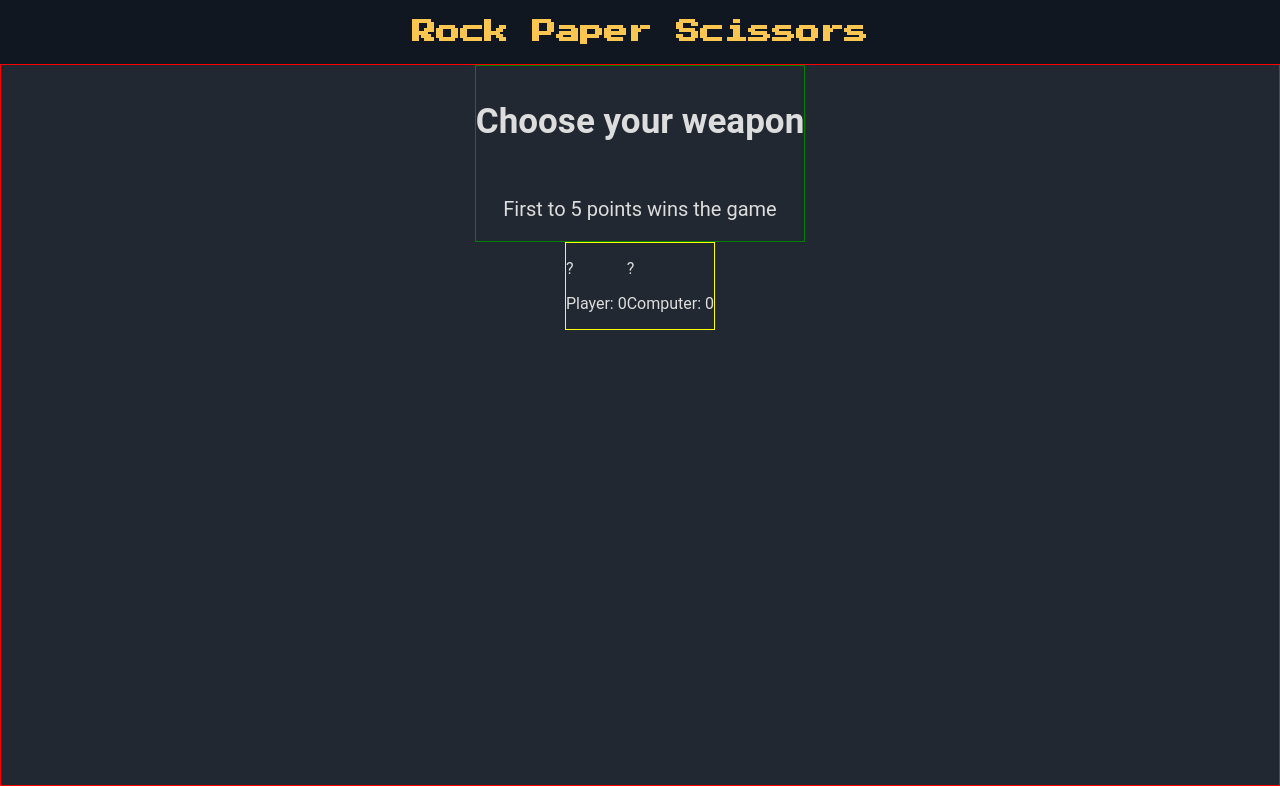
Repository: Aaryan-Poria/Rock-Paper-Scissors
Page: index.html
These files come from the project's save history. The page is drawn as it stood at one moment and after the next save; the edit follows.
The browser window is 1280 px wide. The pictures show the whole page.

Above is the page before, as saved 2023-08-21 23:44:21.

### index.html
<!DOCTYPE html>
<html lang="en">
  <head>
    <meta charset="UTF-8" />
    <meta name="viewport" content="width=device-width, initial-scale=1.0" />
    <title>Rock Paper Scissors</title>
    <link rel="preconnect" href="https://fonts.googleapis.com" />
    <link rel="preconnect" href="https://fonts.gstatic.com" crossorigin />
    <link
      href="https://fonts.googleapis.com/css2?family=Press+Start+2P&display=swap"
      rel="stylesheet"
    />
    <link rel="stylesheet" href="style.css" />
  </head>

  <body>
    <section class="head">
      <h2>Rock Paper Scissors</h2>
    </section>
    <section class="main">
      <div class="main-text">
        <h3>Choose your weapon</h3>
        <p>First to 5 points wins the game</p>
      </div>
      <div class="text-content">
        <div class="info player">
          <p class="qmark 1">?</p>
          <p class="score 1">Player: 0</p>
        </div>
        <div class="info comp">
          <p class="qmark 2">?</p>
          <p class="score 2">Computer: 0</p>
        </div>
      </div>
    </section>
  </body>
</html>

### style.css
body {
  margin: 0;
  padding: 0;
  display: flex;
  flex-direction: column;
  min-height: 100%;
  min-width: 100%;
}
.head {
  display: flex;
  justify-content: center;
  align-items: center;
  color: #fac650;
  background-color: #111720;
  font-family: "Press Start 2P", cursive;
}
.main {
  display: flex;
  flex-grow: 1;
  height: 100vh;
  flex-direction: column;
  background-color: #222831;
  color: #dddddd;
  font-family: "Roboto", sans-serif;
  align-items: center;
  border: 1px solid red;
}

.main-text {
  border: 1px solid green;
  display: flex;
  flex-direction: column;
  justify-content: center;
  align-items: center;
}
.main-text > h3 {
  font-size: 35px;
}
.main-text > p {
  font-size: 20px;
}
.text-content {
  border: 1px solid yellow;
  display: flex;
}

After the next save:
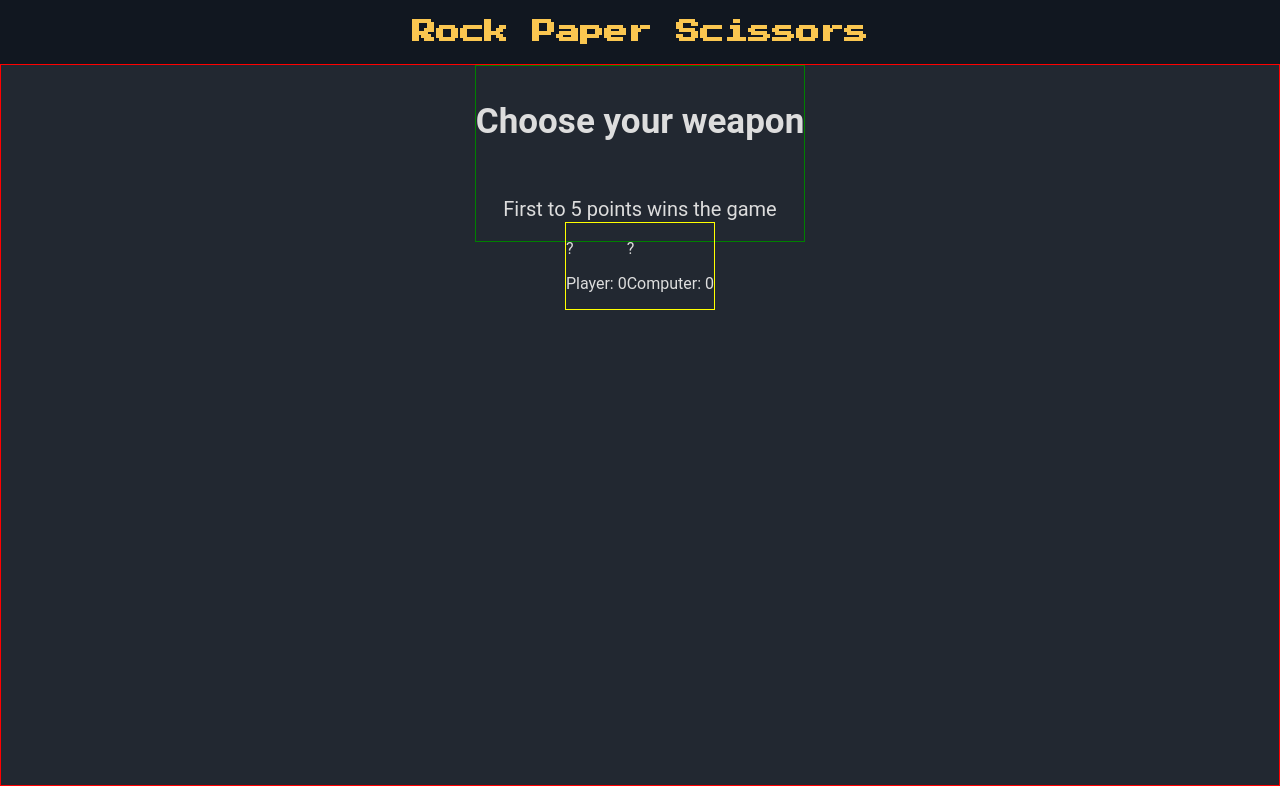
Saved 2 min 44 s later.
--- a/style.css
+++ b/style.css
@@ -42,4 +42,5 @@
 .text-content {
   border: 1px solid yellow;
   display: flex;
+  margin-top: -20px;
 }

After the save that followed:
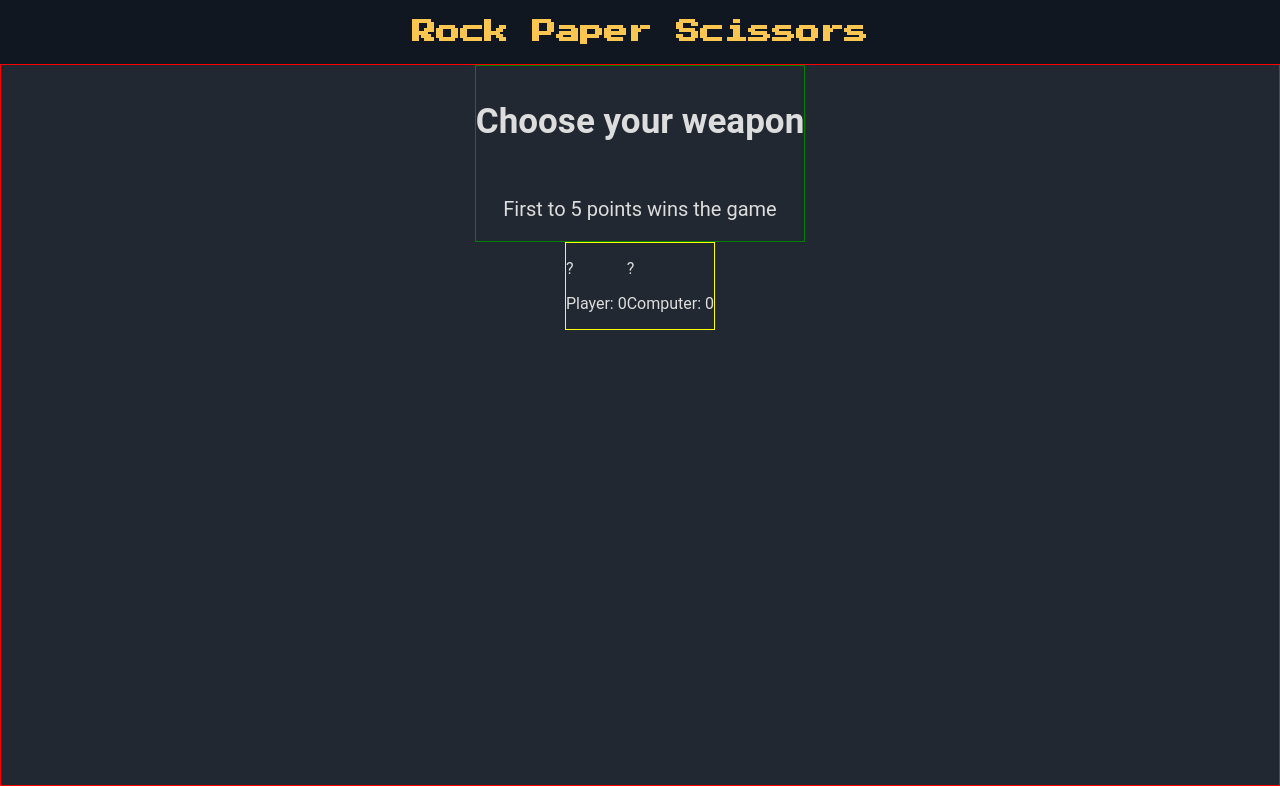
Saved 16 s later.
--- a/style.css
+++ b/style.css
@@ -42,5 +42,4 @@
 .text-content {
   border: 1px solid yellow;
   display: flex;
-  margin-top: -20px;
 }
